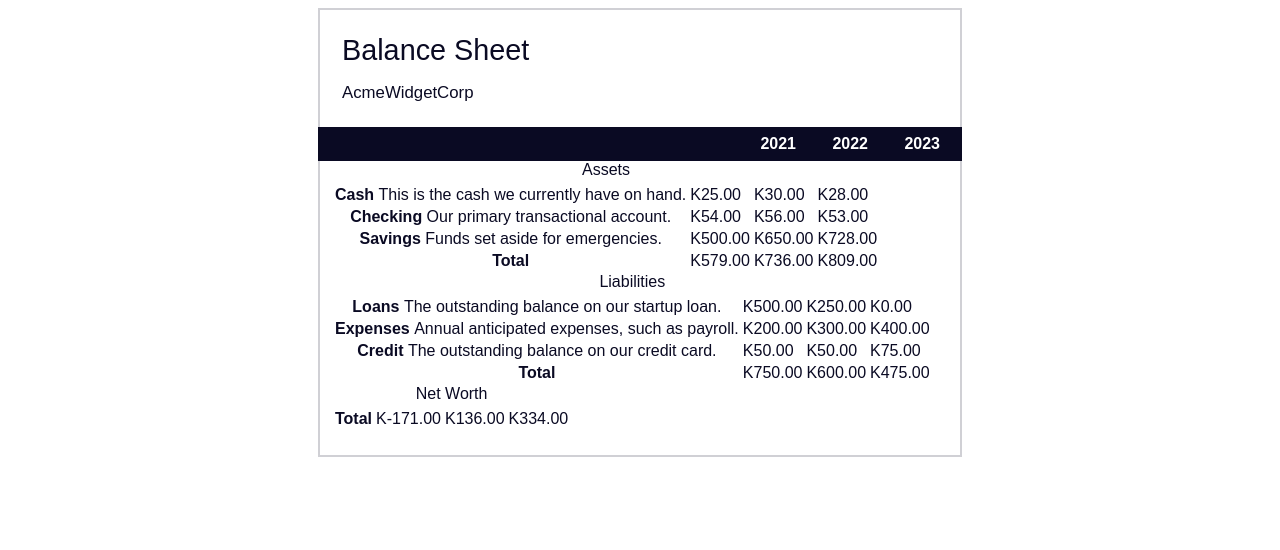
Repository: Lungdjos/balance_shee
Page: index.html
These files come from the project's save history. The page is drawn as it stood at one moment and after the next save; the edit follows.
The browser window is 1280 px wide. The pictures show the whole page.

Above is the page before, as saved 2023-11-04 22:04:12.

After the next save:
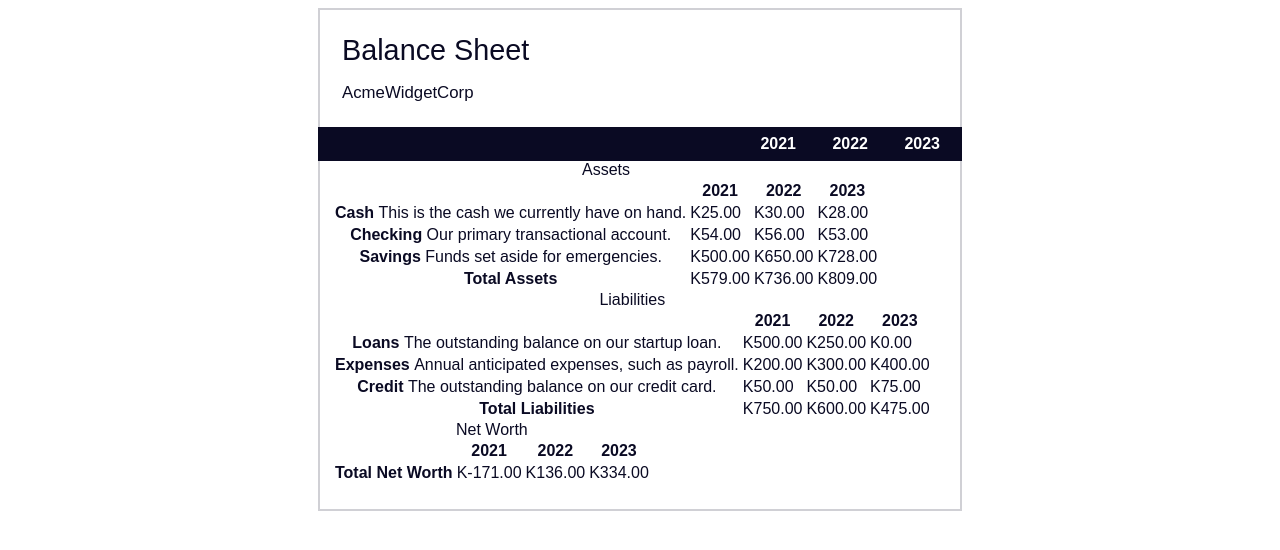
Saved 2 min 29 s later.
--- a/styles.css
+++ b/styles.css
@@ -9,7 +9,7 @@
     color: #0a0a23;
 }
 
-span[class~="sr-only"] {
+span[class~="sr-only"] imp {
     border: 0;
     clip: rect(1px, 1px, 1px, 1px);
     clip-path: inset(50%);

After the 4 saves that followed:
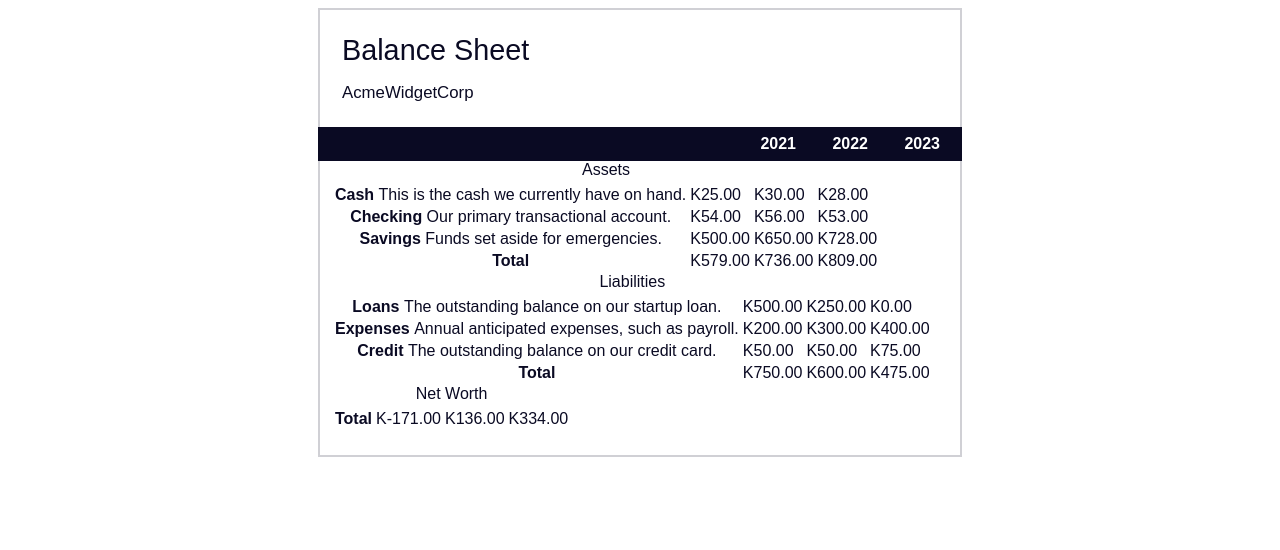
The 4 saves are shown as one change because 1 left the picture as it was and some came seconds apart.
The last was saved 13 s later.
--- a/styles.css
+++ b/styles.css
@@ -9,7 +9,7 @@
     color: #0a0a23;
 }
 
-span[class~="sr-only"] imp {
+span[class~="sr-only"] {
     border: 0;
     clip: rect(1px, 1px, 1px, 1px);
     clip-path: inset(50%);
